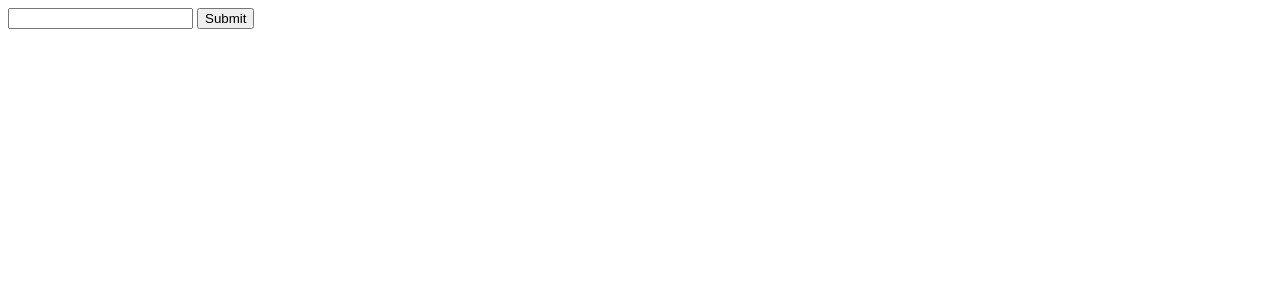
Repository: OtabekScarcro/spring-5
Page: http://localhost/BasicFormWithSpringMVC/
The author's editor kept a copy of each file at every save. The page is drawn from the files as they stood at one save, then again after the next save.
The browser window is 1280 px wide. The pictures show the whole page.
The page is served by Tomcat 9. Other server files are loaded and not shown.

Above is the page before, as saved 2023-04-19 22:42:19.

### BasicFormWithSpringMVC/src/main/webapp/view/hello.jsp
<%@ page language="java" contentType="text/html; charset=ISO-8859-1"
    pageEncoding="ISO-8859-1"%>
<!DOCTYPE html>
<html>
<head>
<meta charset="ISO-8859-1">
<title>Hello</title>
</head>
<body>

<form action="displayname">
<input type="text" name="firstName">
<input type="submit" value="Submit">
</form>
</body>
</html>

After the next save:
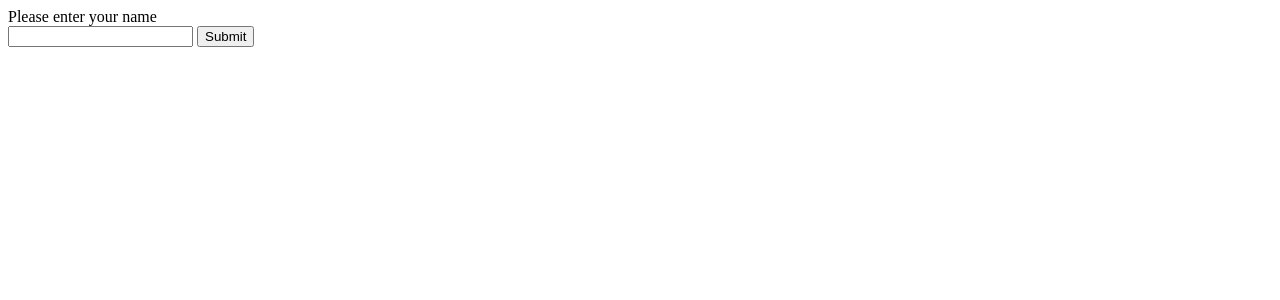
Saved 11 s later.
--- a/BasicFormWithSpringMVC/src/main/webapp/view/hello.jsp
+++ b/BasicFormWithSpringMVC/src/main/webapp/view/hello.jsp
@@ -7,7 +7,7 @@
 <title>Hello</title>
 </head>
 <body>
-
+Please enter your name
 <form action="displayname">
 <input type="text" name="firstName">
 <input type="submit" value="Submit">
